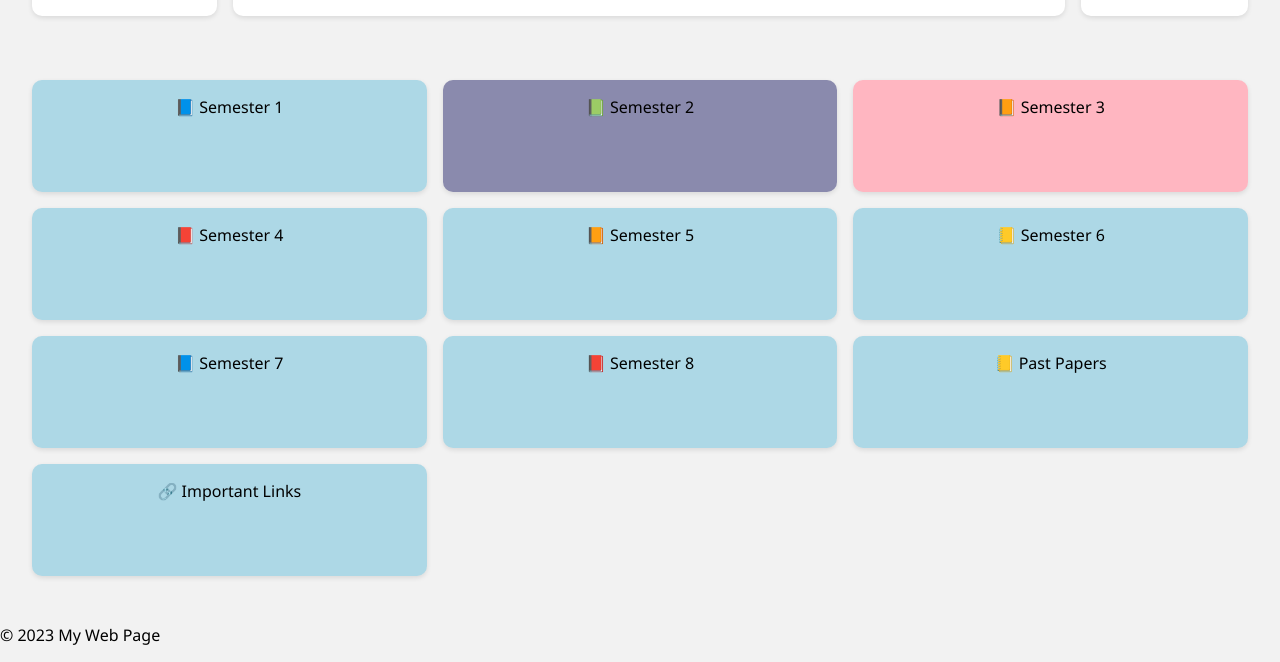
Repository: MariamSawera/eduNova
Page: index.html
An editor plug-in stored every save of this project. The page is shown before and after the next save, followed by the edit.
The browser window is 1280 px wide. The pictures show the part of the page from y = 1042 to 1704 px (the page is 1704 px tall).

Above is the page before, as saved 2025-07-21 19:51:03.

### index.html
<html>
<head>
    <title>My Web Page</title>
    <meta charset="UTF-8">
    <meta name="viewport" content="width=device-width, initial-scale=1.0">
    <link rel="stylesheet" href="styles.css">
    <script src="script.js"></script>

</head>
<body>
  <nav>
    <div class="logo">ClassHub</div>
    <ul>
      <li><a href="index.html">Home</a></li>
      <!-- <li><a href="#">Semesters</a></li> -->
      <li><a href="#">Subjects</a></li>
      <li><a href="#">Books</a></li>
      <li><a href="#">Resources</a></li>
      <li><a href="#">Assignments</a></li>
      <li><a href="#">Events</a></li>
      <li><a href="#">Contact</a></li>
      <!-- <li><a href="#">Announcements</a></li> -->
      <li><a href="#">Login</a></li>
    </ul>
  </nav>

  <!-- Hero Section -->
  <div class="hero">
    <h1 id="welcome">Hello, Guest 👋</h1>
    <input type="text" id="nameInput" placeholder="Enter your name" oninput="updateName()" />
  </div>

  <!-- Dashboard Section -->
  <div class="dashboard">
    <!-- Announcements -->
    <div class="card">
      <h3>📢 Announcements</h3>
      <ul>
        <li>Assignment Web development due 31 July</li>
        <li>Classes starting from 15 Aug</li>
        <li>Movie Day at University Oct 15</li>
      </ul>
    </div>

    <!-- Calendar -->
    <div class="card">
      <h3>📅 Calendar</h3>
      <p>All the events and updates have been marked in calender.</p>
      <iframe src="https://calendar.google.com/calendar/embed?src=onlinelearningrecordings%40gmail.com&ctz=Asia%2FKarachi" style="border: 0" width="800" height="600" frameborder="0" scrolling="no"></iframe>    </div>

    <!-- Online Users -->
    <div class="card">
      <h3>🟢 Online Users</h3>
      <ul>
        <li>Mariam</li>
        <li>Sidra</li>
        <li>Alishba</li>
      </ul>
    </div>
  </div>

  <!-- Quick Material Access -->
  <div class="quick-links">
    <div class="link-card" style="background-color: lightblue;"><a href="firstsemester.html">📘 Semester 1</a></div>
    <div class="link-card" style="background-color: rgb(138, 138, 173);"><a href="">📗 Semester 2</a></div>
    <div class="link-card" style="background-color: lightpink;"><a href="">📙 Semester 3</a></div>
    <div class="link-card" style="background-color: lightblue;"><a href="">📕 Semester 4</a></div>
    <div class="link-card" style="background-color: lightblue;"><a href="">📙 Semester 5</a></div>
    <div class="link-card" style="background-color: lightblue;"><a href="">📒 Semester 6</a></div>
    <div class="link-card" style="background-color: lightblue;"><a href="">📘 Semester 7</a></div>
    <div class="link-card" style="background-color: lightblue;"><a href="">📕 Semester 8</a></div>
    <div class="link-card" style="background-color: lightblue;"><a href="">📒 Past Papers</a></div>
    <div class="link-card" style="background-color: lightblue;"><a href="">🔗 Important Links</a></div>
  </div>



    </body>

    <footer class="footer">
        <p>&copy; 2023 My Web Page</p>
    </footer>
</html>

### styles.css
    body {
      margin: 0;
      font-family: 'Segoe UI', sans-serif;
      background: #f2f2f2;
        /* background-color: #B3DDF0; */

    }

    nav {
      background-color: #004466;
      color: white;
      padding: 1rem;
      display: flex;
      justify-content: space-between;
      align-items: center;
    }

    nav .logo {
      font-size: 1.5rem;
      font-weight: bold;
    }

    a {
        text-decoration: none;
        color: inherit;
    }
    nav ul {
      list-style: none;
      display: flex;
      gap: 1rem;
    }

    nav ul li {
      display: inline;
    }

    nav ul li a {
      color: white;
      text-decoration: none;
    }


    .hero {
      /* background: linear-gradient(to right, #00aaff, #00ffcc); */
      background-image: url('./images/okokook.jpg');
      background-position: center;
      color: white;
      padding: 2rem;
      text-align: center;
      height: 20vh;
    }


    .hero input {
      padding: 0.5rem;
      border: none;
      border-radius: 5px;
      margin-top: 1rem;
      width: 200px;
    }

    .dashboard {
      display: grid;
      grid-template-columns: 1fr 1fr 1fr;
      gap: 1rem;
      padding: 2rem;
    }

    .card {
      background: white;
      padding: 1rem;
      border-radius: 10px;
      box-shadow: 0 2px 5px rgba(0,0,0,0.1);
    }

    .quick-links {
      padding: 2rem;
      display: grid;
      grid-template-columns: repeat(3, minmax(150px, 1fr));
      gap: 1rem;
    }

    .quick-links .link-card {
      background: white;
      text-align: center;
      padding: 1rem;
      border-radius: 10px;
      box-shadow: 0 2px 5px rgba(0,0,0,0.1);
      height: 80px;
    }

### script.js
function updateName() {
      const name = document.getElementById('nameInput').value;
      const welcome = document.getElementById('welcome');
      if(name.trim()) {
        welcome.textContent = `Hello, ${name}! 👋`;
      } else {
        welcome.textContent = `Hello, Guest 👋`;
      }
    }

After the next save:
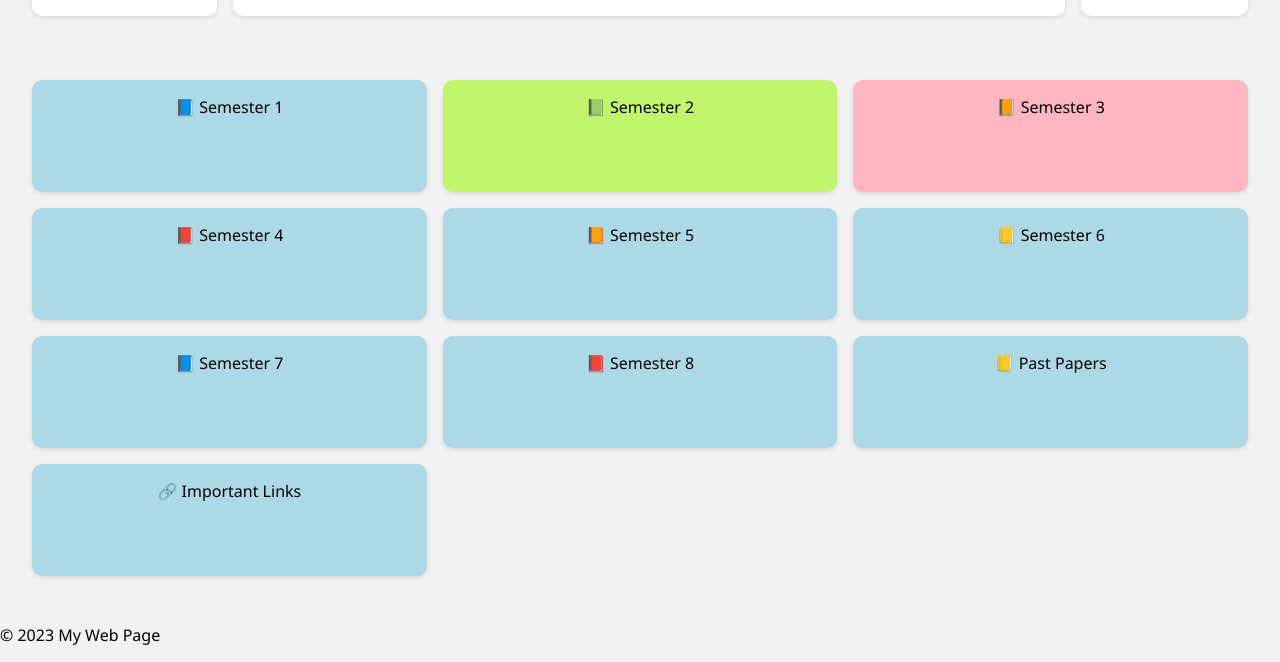
Saved 21 s later.
--- a/index.html
+++ b/index.html
@@ -62,7 +62,7 @@
   <!-- Quick Material Access -->
   <div class="quick-links">
     <div class="link-card" style="background-color: lightblue;"><a href="firstsemester.html">📘 Semester 1</a></div>
-    <div class="link-card" style="background-color: rgb(138, 138, 173);"><a href="">📗 Semester 2</a></div>
+    <div class="link-card" style="background-color: rgb(192, 245, 108);"><a href="">📗 Semester 2</a></div>
     <div class="link-card" style="background-color: lightpink;"><a href="">📙 Semester 3</a></div>
     <div class="link-card" style="background-color: lightblue;"><a href="">📕 Semester 4</a></div>
     <div class="link-card" style="background-color: lightblue;"><a href="">📙 Semester 5</a></div>
